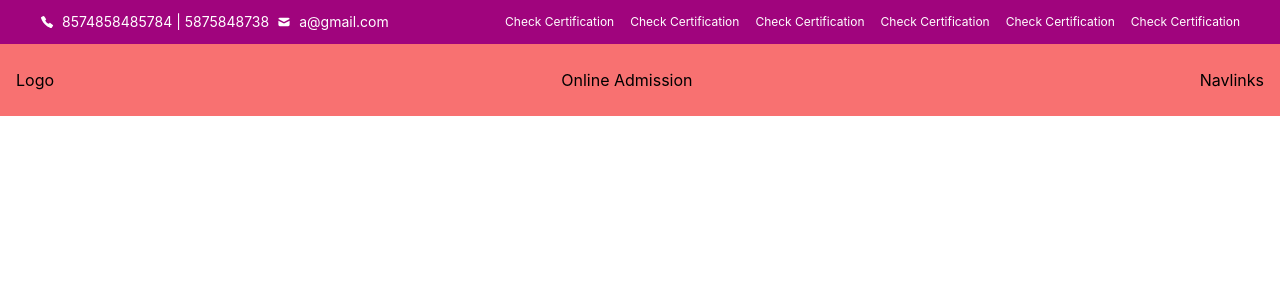
Repository: Sushant203/react-training-
Page: /
The author's editor kept a copy of each file at every save. The page is drawn from the files as they stood at one save, then again after the next save.
The browser window is 1280 px wide. The pictures show the whole page.
The project was rebuilt for these pictures with package versions that can differ from the ones it lists, and the page was loaded fresh each time. Also part of the build but not shown: src/App.css, src/components/LowerNav.jsx, src/components/UpperNav.jsx.

Above is the page before, as saved 2022-12-19 09:40:02.

After the next save:
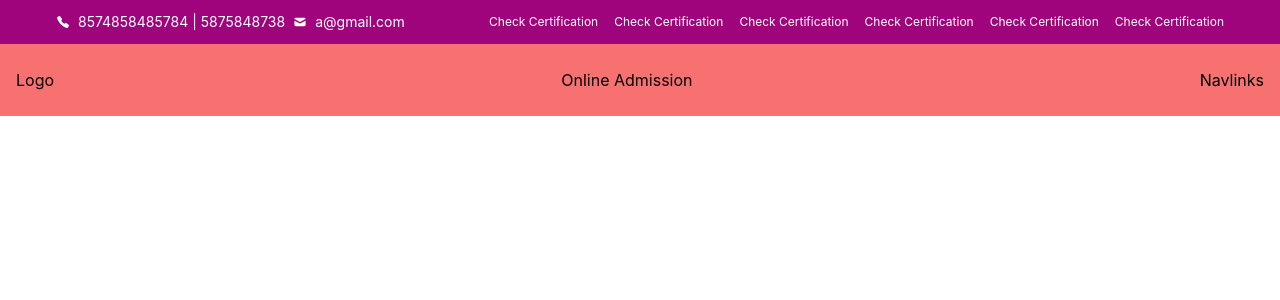
Saved 16 s later.
--- a/src/components/Naviagtion/Toolbar/header.jsx
+++ b/src/components/Naviagtion/Toolbar/header.jsx
@@ -11,7 +11,7 @@ function Header() {
     { title: "check certificate" },
   ];
   return (
-    <div className="py-3 px-10 bg-mainColor w-full flex items-center justify-between text-sm">
+    <div className="py-3 px-14 bg-mainColor w-full flex items-center justify-between text-sm">
       {/* number and email */}
       <div className="flex gap-2  text-white">
         <div className="flex gap-2  items-center">
